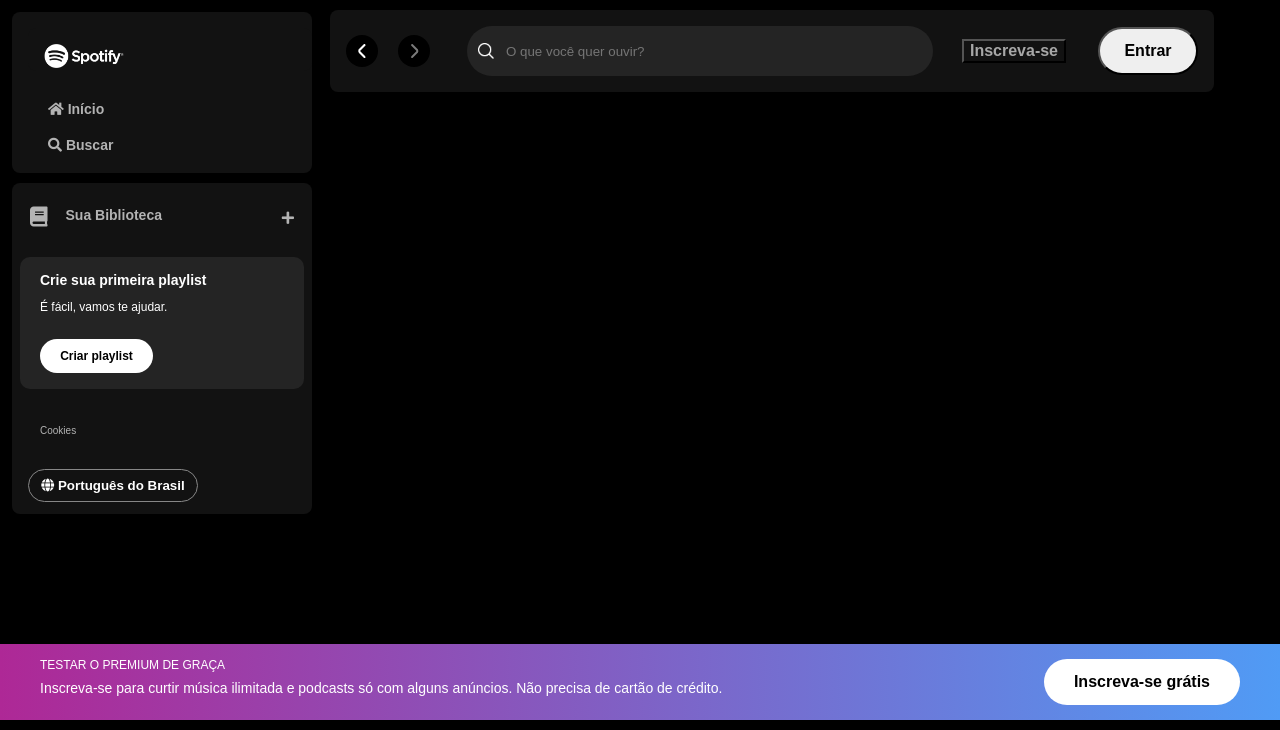
Repository: rafaazevedo-gs/Imers-o-Alura-Front-end
Page: index.html
An editor plug-in stored every save of this project. The page is shown before and after the next save, followed by the edit.
The browser window is 1280 px wide. The pictures show the whole page.

Above is the page before, as saved 2025-01-30 20:39:37.

### index.html
<!DOCTYPE html>
<html lang="pt-BR">
<head>
    <meta charset="UTF-8">
    <meta name="viewport" content="width=device-width, initial-scale=1.0">
    <title>Spotify</title>

    <link rel="stylesheet" href="./src/styles/reset.css">
    <link rel="stylesheet" href="./src/styles/vars.css">
    <link rel="stylesheet" href="./src/styles/sidebar-footer.css">
    <link rel="stylesheet" href="./src/styles/main-content.css">
    <link rel="stylesheet" href="https://use.fontawesome.com/releases/v5.15.4/css/solid.css"/>
    <link rel="stylesheet" href="https://use.fontawesome.com/releases/v5.15.4/css/fontawesome.css"/>

</head>
<body>
    <div class="sidebar">
        <nav class="sidebar__navigation">
            <div class="logo">
                <a href="">
                    <img src="./src/assets/icons/logo-spotify.png" alt="Spotify logo">
                </a>
                </div>
                    <ul>
                        <li>
                            <a href="">
                                <span class="fa fa-home"></span>
                                <span>Início</span>
                            </a>
                        </li>
                        <li>
                            <a href="">
                                <span class="fa fa-search"></span>
                                <span>Buscar</span>
                            </a>
                        </li>
                    </ul>
        </nav>
        <div class="library">
            <div class="library__content">
                <button class="library__button">
                    <span class="fa fas fa-book"></span>
                    <span>Sua Biblioteca</span>
                </button>
                <span class="fa fa-plus"></span>
        </div>

        <section class="section-playlist">
            <div class="section-playlist__content">
                <span class="text title">Crie sua primeira playlist</span>
                <span class="text subtitle">É fácil, vamos te ajudar.</span>
                <button class="section-playlist__button">
                    <span>Criar playlist</span>
                </button>
            </div>
        </section>
        <div class="cookies">
            <a href="">Cookies</a>
        </div>
        <div class="languages">
            <button class="languages__button">
                <span class="fa fa-globe"></span>
                <span>Português do Brasil</span>
            </button>
        </div>
    </div>
</div>

<main>
    <div class="main-container">
        <nav class="header__navigation">
            <div class="navigation">
                <button class="arrow-left">
                    <img src="./src/assets/icons/small-left.png" alt="Seta esquerda">
                </button>
                <button class="arrow-right">
                    <img src="./src/assets/icons/small-right.png" alt="Seta direita">
                </button>
            </div>
            <div class="header__search">
                <img src="./src/assets/icons/search.png" alt="">
                <input id="search-input" type="text" maxlength="800" placeholder="O que você quer ouvir?" />
            </div>
            <div class="header__login">
                <button class="subscribe">Inscreva-se</button>
                <button class="login">Entrar</button>
            </div>
        </nav>
    </div>
</main>

    <footer class="disclaimer-premium">
        <div class="text">
            <p class="disclaimer-premium__title">Testar o Premium de graça</p>
            <p class="disclaimer-premium__subtitle">Inscreva-se para curtir música ilimitada e podcasts só com alguns anúncios. Não precisa de cartão de crédito.</p>
        </div>
        <div class="button">
            <button type="button">Inscreva-se grátis</button>
        </div>
    </footer>

</body>
</html>

### src/styles/vars.css
:root{
    /* FONT */
    --font-dm-sans:"DM Sans", sans-serif;

    /* COLORS */
    --bg-icon:#131313;
    --bg-arrow-color:rgba(0,0,0,7)
}

### src/styles/sidebar-footer.css
body{
    background-color: #000;
    font-family: var(--font-dm-sans);
}

.sidebar{
    position:fixed;
    top:0;
    left:0;
    bottom:0;
    padding:12px;
    width:300px;
}

.sidebar__navigation{
    background-color: #121212;
    border-radius:8px;
    padding:16px 0 0 16px;
}

.logo{
    background: #121212;
    display:flex;
    border-radius:8px ;
    padding:16px 0 0 16px;
}

.sidebar__navigation .logo img{
    width:80px;
}

.sidebar nav ul{
    margin-top: 20px;
    padding:0 20px 10px 20px;
}

.sidebar ul li{
    padding: 10px 0;
}

.sidebar nav ul li a{
    color: #b3b3b3;
    text-decoration: none;
    font-weight: 600;
    font-size: 14px;
}

.library{
    background-color:#121212;
    border-radius:8px;
    display:flex;
    justify-content: space-between;
    flex-direction: column;
    padding:4px 8px;
    color:#b3b3b3;
    font-weight: 600;
    font-size:14px;
    margin-top: 10px;
}

.library .library__content{
    display:flex;
    justify-content: space-between;
}

.library .library__button{
    display:flex;
    margin-right: 10px;
    color:#b3b3b3;
    background-color: transparent;
    border:0px;
    font-size: 14px;
    font-weight: 700;
    text-align: center;
    text-decoration: none;
    text-transform: none;
    padding:20px 10px;
}

.library .library__button .fa{
    font-size:20px;
    font-weight: 300;
    color:#b3b3b3;
    margin-right: 10px;
    padding-right:8px;
}

.library .library__content .fa-plus{
    margin: 24px 10px;
}

.section-playlist{
    display:flex;
    align-items: flex-start;
    justify-content: space-between;
    gap:20px;
    background-color: #242424;
    color:#b3b3b3;
    font-weight: 600;
    font-size: 14px;
    margin: 8px 0;
    padding:16px 20px;
    border-radius:10px;
}

.section-playlist .section-playlist__content{
    display:flex;
    flex-direction: column;
}

.section-playlist__content .text{
    padding-bottom:14px;
    color:#FFF;
}

.section-playlist__content .title{
    font-weight: 700;
}

.section-playlist__content .subtitle{
    font-weight: 500;
    font-size: 12px;
}

.section-playlist__content .section-playlist__button{
    display: flex;
    justify-content: center;
    background-color: #FFF;
    color:#000;
    border-radius: 20px;
    font-size: 12px;
    font-weight: 700;
    text-decoration:none;
    text-transform: none;
    padding:10px;
    margin-top: 12px;
    border:0;
    width: 113px;
}

.sidebar .cookies{
    margin:25px 20px;
}

.sidebar .cookies a{
    color:#b3b3b3;
    font-weight: 500;
    font-size:10px;
    text-decoration: none;
}

.sidebar .cookies a:hover{
    text-decoration: underline;
}

.languages .languages__button{
    align-items: center;
    background-color: transparent;
    border: 1px solid #878787;
    color:#FFF;
    font-weight: bold;
    cursor:pointer;
    width: 170px;
    margin:8px;
    padding:8px;
    border-radius:20px;
}

.disclaimer-premium {
    position: fixed;
    bottom: 0;
    left: 0;
    right: 0;
    background: linear-gradient(to right, #ae2896, #509bf5);
    padding: 15px 40px;
    display: flex;
    justify-content: space-between;
}
.disclaimer-premium .text {
   flex-shrink: 0;
}
.disclaimer-premium .disclaimer-premium__title {
    color: #ffffff;
    text-transform: uppercase;
    font-weight: 400;
    font-size: 12px;
    margin-bottom: 10px;
}

.disclaimer-premium .disclaimer-premium__subtitle {
    color: #ffffff;
    font-size: 14px;
    font-weight: 500;
}

.disclaimer-premium button {
    background-color: #ffffff;
    color: #000000;
    font-size: 16px;
    font-weight: bold;
    padding: 14px 30px;
    border: 0px;
    border-radius: 40px;
    cursor: pointer;
    flex-shrink: 0;
}

### src/styles/main-content.css
/* HEADER */

.main-container{
    max-width: 80vw;
    height: 100vh;
    margin-left: 320px;
    margin-right: 56px;
}

.header__navigation {
    display: flex;
    justify-content: space-between;
    align-items: center;
    padding: 16px;
    margin: 10px;
    border-radius: 8px;
    background-color: #121212;
  }

  .header__navigation .navigation {
    display: flex;
    justify-content: space-around;
    align-items: center;
  }

  .header__navigation .navigation .arrow-left {
    margin-right: 1.25rem;
  }

  .arrow-left, .arrow-right {
    display: flex;
    align-items: center;
    justify-content: center;
    width: 32px;
    height: 32px;
    background: var(--bg-icon);
    background-color:var(--bg-arrow-color);
    border-radius: 50%;
    border: none;
    cursor: pointer;
  }

  .header__login {
    display: flex;
    align-items: center;
  }

  .header__search {
    display: flex;
    align-items: center;
    width: 464px;
    height: 48px;
    margin-left: 8px;
    background-color: #242424;
    border-radius: 500px;
    border: 1px solid transparent;
  }

  .header__search img {
    width: 16px;
    height: 16px;
    margin-left: 10px;
  }

  .header__search input {
    background: transparent;
    border: none;
    padding: 0px 100px 0 12px;
    color: #fff;
    text-overflow: ellipsis;
    overflow:hidden;
    white-space: nowrap;
    outline: none;
  }

  .header__login .subscribe {
    color: #a7a7a7;
    font-size: 16px;
    font-weight: 700;
    background-color: transparent;
    margin-right: 32px;
    cursor: pointer;
  }

  .header__login .login {
    width: 100px;
    height: 48px;
    color: #000;
    font-size: 16px;
    font-weight: 700;
    border-radius: 40px;
    cursor: pointer;
  }

Loaded but not shown: src/styles/reset.css (common file)

After the next save:
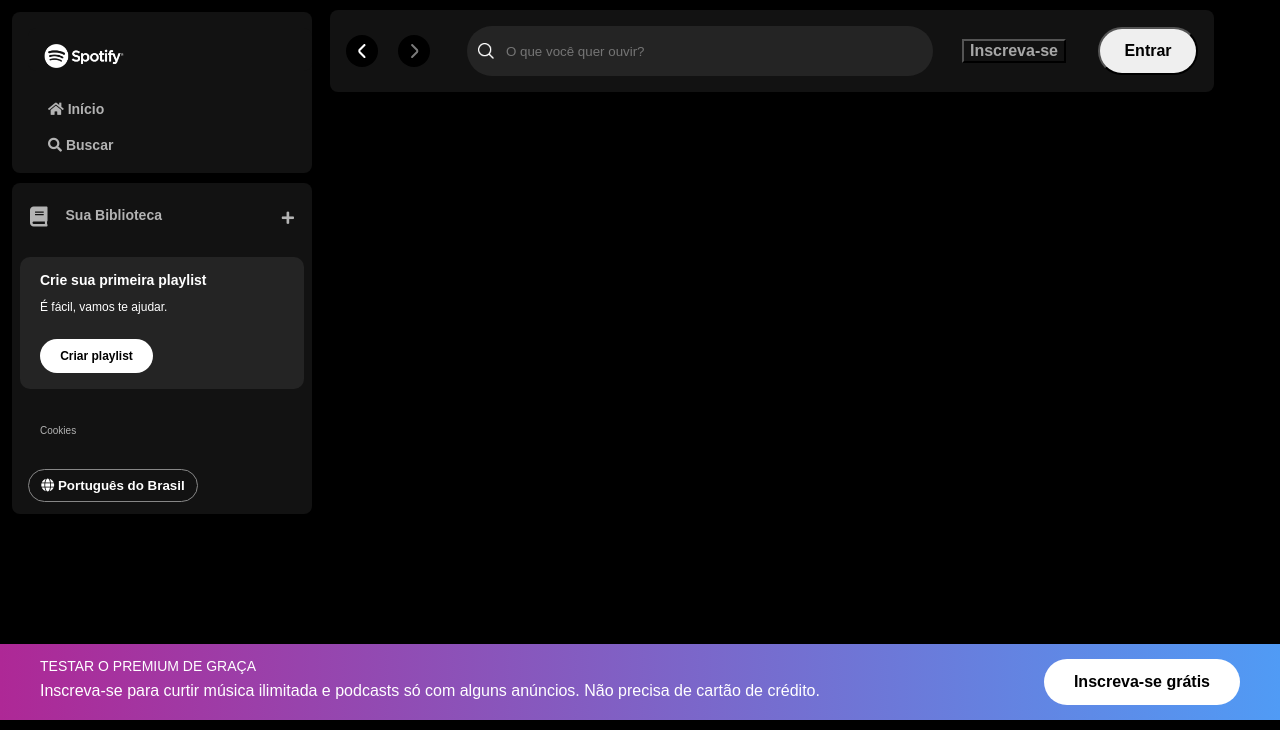
Saved 4 min 36 s later.
--- a/src/styles/sidebar-footer.css
+++ b/src/styles/sidebar-footer.css
@@ -183,13 +183,13 @@
     color: #ffffff;
     text-transform: uppercase;
     font-weight: 400;
-    font-size: 12px;
+    font-size: 14px;
     margin-bottom: 10px;
 }
 
 .disclaimer-premium .disclaimer-premium__subtitle {
     color: #ffffff;
-    font-size: 14px;
+    font-size: 16px;
     font-weight: 500;
 }
 
